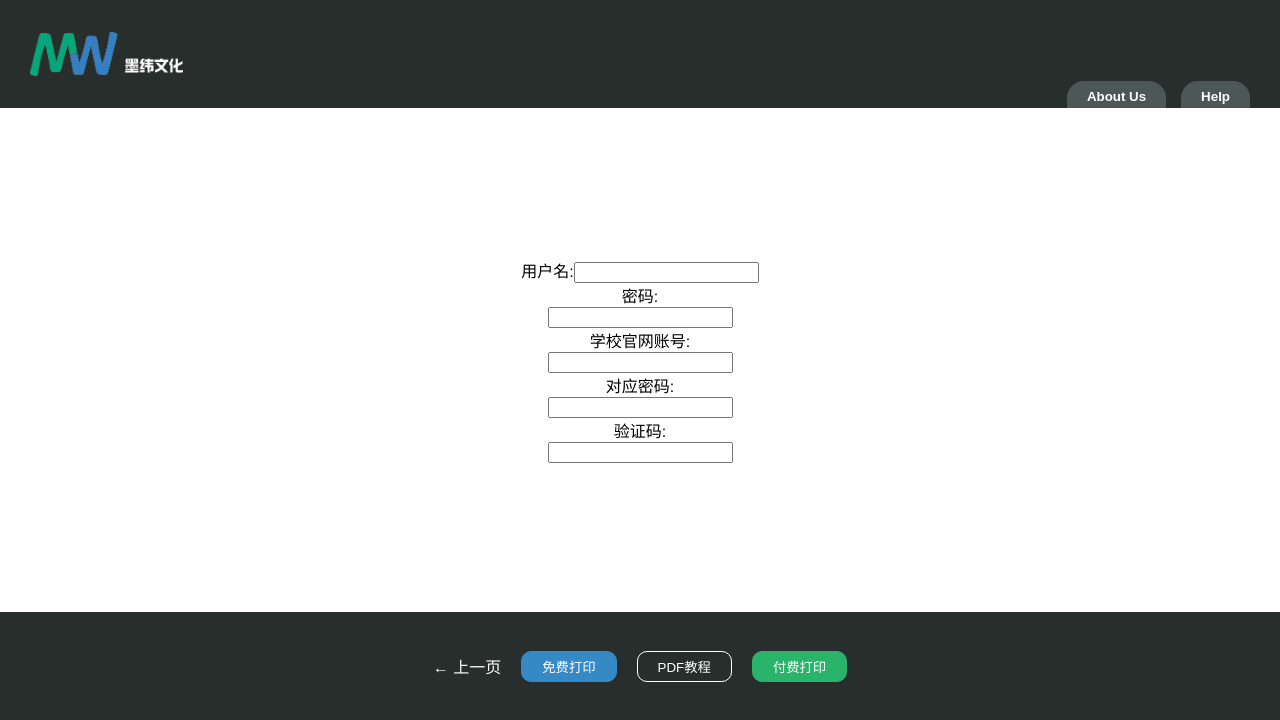
Repository: sucksucksucksuck/mw
Page: /#/register
An editor plug-in stored every save of this project. The page is shown before and after the next save, followed by the edit.
The browser window is 1280 px wide. The pictures show the whole page.
The project was rebuilt for these pictures with package versions that can differ from the ones it lists, and the page was loaded fresh each time. Also part of the build but not shown: webpack.config.js, src/components/HelloWorld.vue, src/components/Suck.vue.

Above is the page before, as saved 2018-04-13 17:06:47.

After the next save:
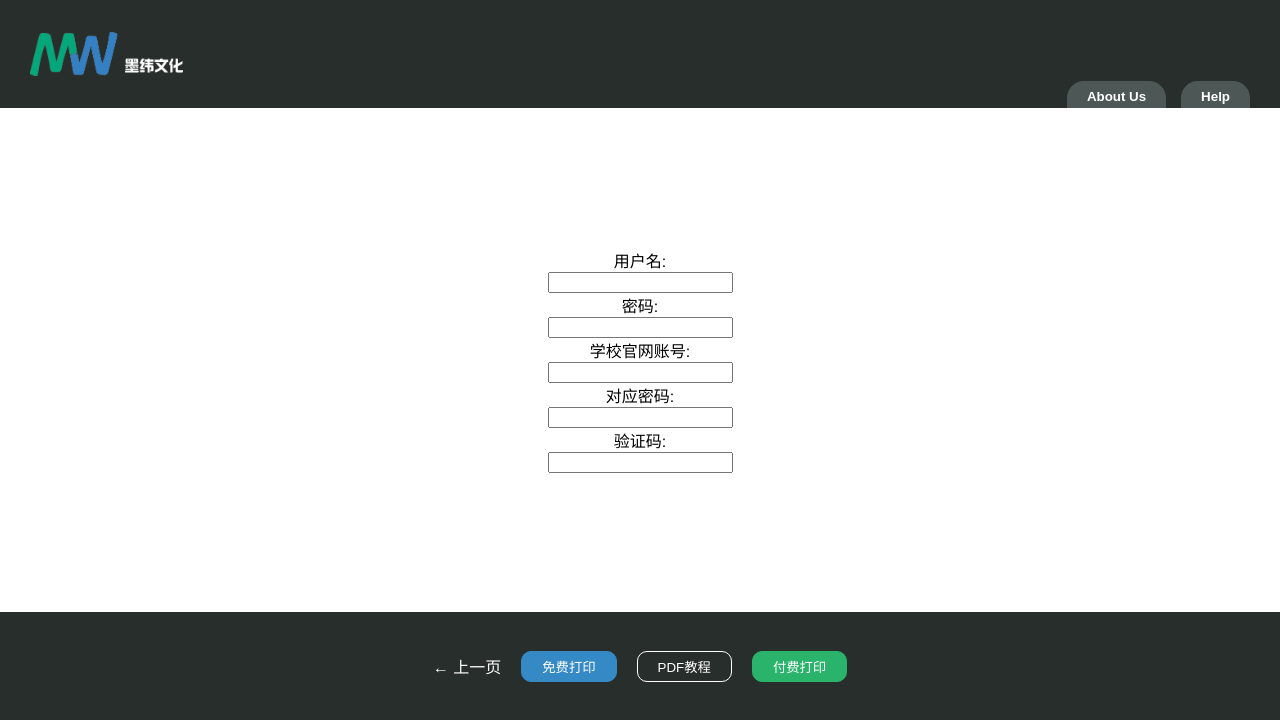
Saved 5 s later.
--- a/src/components/Register.vue
+++ b/src/components/Register.vue
@@ -4,7 +4,7 @@
     </div> -->
   <div class="register">
     <div class="item">
-      <span>用户名:</span>
+      <div>用户名:</div>
       <input type="text" name="name">
     </div>
     <div class="item">
